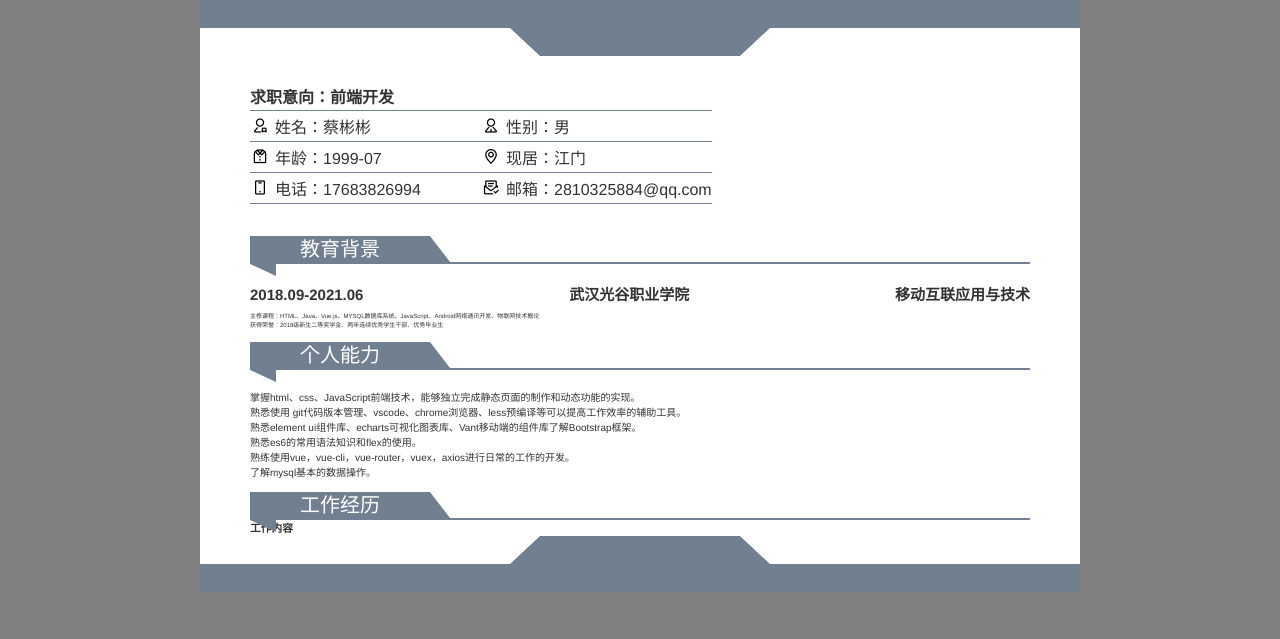
Repository: xiaobingezai/resume
Page: index.html
An editor plug-in stored every save of this project. The page is shown before and after the next save, followed by the edit.
The browser window is 1280 px wide. The pictures show the whole page.

Above is the page before, as saved 2022-11-03 00:55:48.
Console error: TypeError: Cannot set properties of null (setting 'innerHTML')

After the next save:
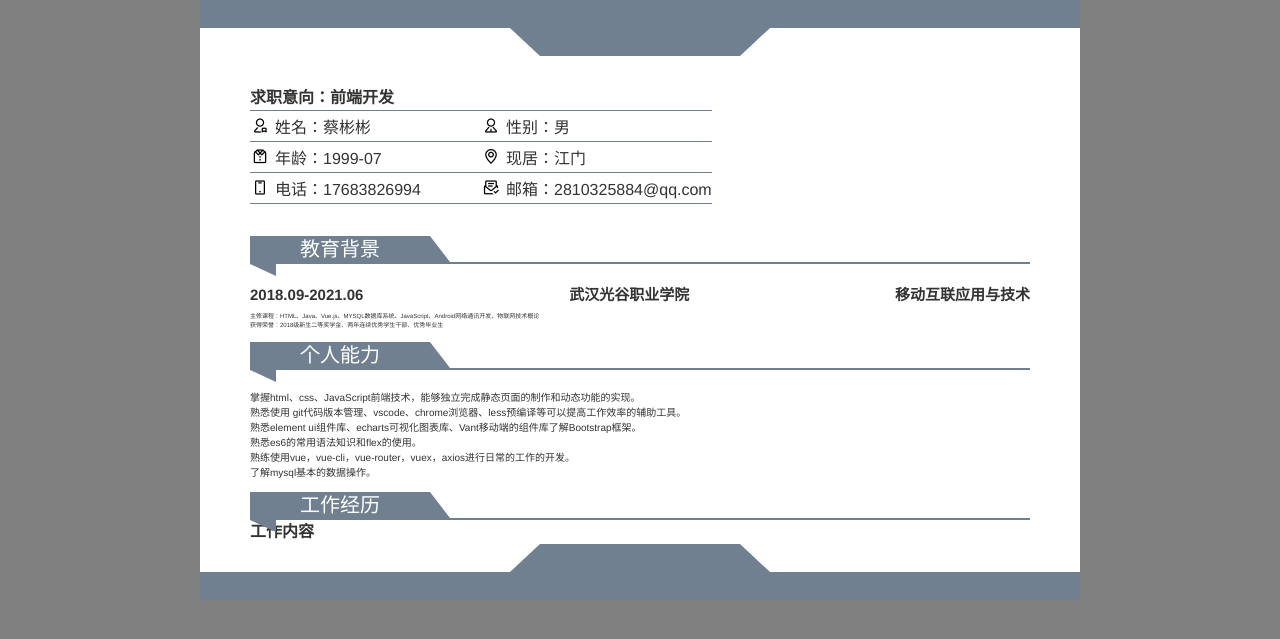
Saved 9 s later.
--- a/index.html
+++ b/index.html
@@ -47,7 +47,7 @@
                 <div class="zhuangShiTuPian"><samp>工作经历</samp></div>
                 <div><span></span><span></span><span></span></div>
                 <ul>
-                    <h6>工作内容</h6>
+                    <h4>工作内容</h4>
                     <li></li>
                     <li></li>
                     <li></li>
